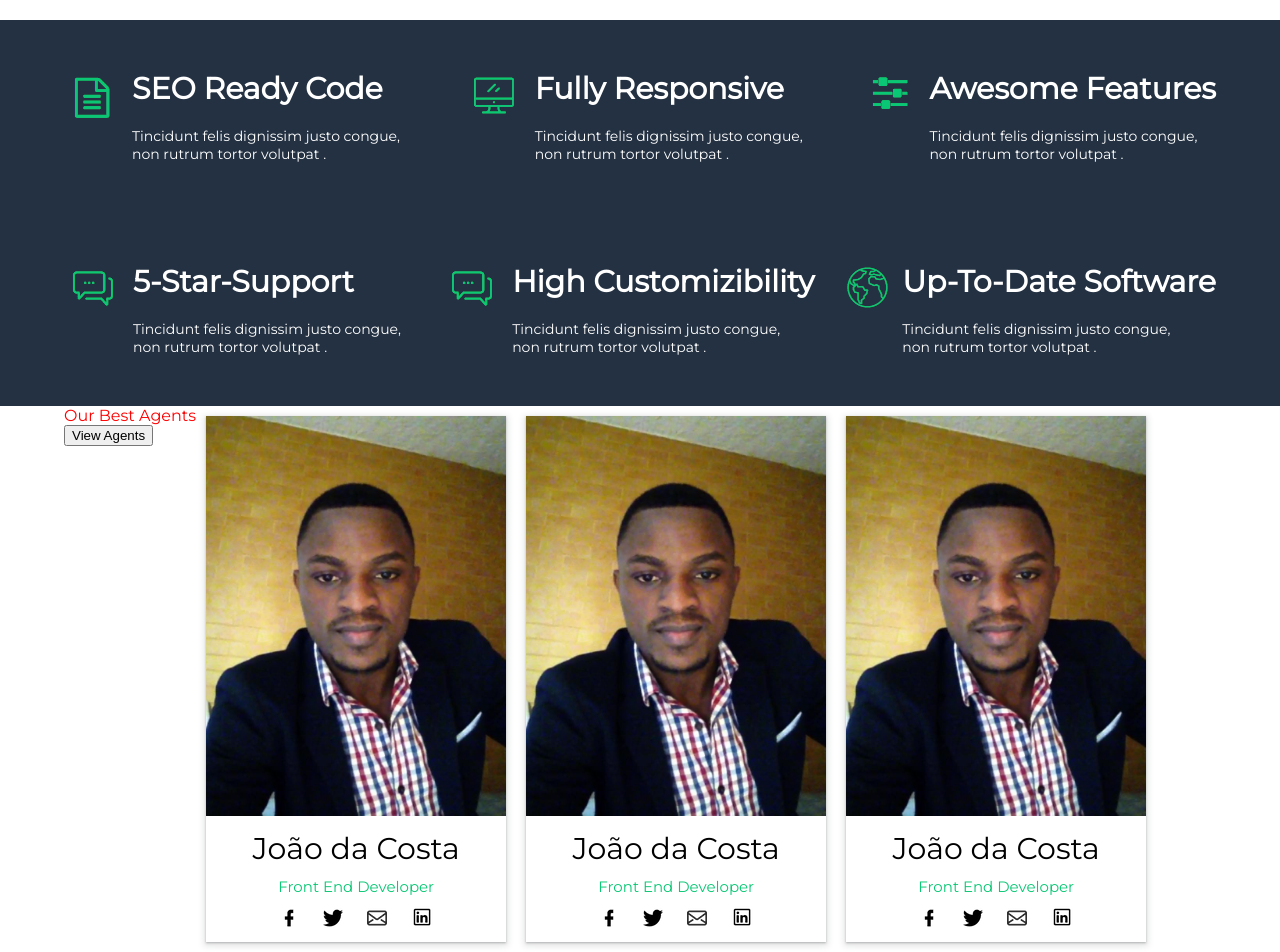
Repository: Yowani24/Real-Estate2
Page: index.html
An editor plug-in stored every save of this project. The page is shown before and after the next save, followed by the edit.
The browser window is 1280 px wide. The pictures show the part of the page from y = 1355 to 2307 px (the page is 2307 px tall before and 2262 px after).
Some web fonts or font styles are not loaded; a fallback is used.

Above is the page before, as saved 2021-08-27 15:24:18.

### index.html
<!DOCTYPE html>
<html lang="en">
<head>
    <meta charset="UTF-8">
    <meta http-equiv="X-UA-Compatible" content="IE=edge">
    <meta name="viewport" content="width=device-width, initial-scale=1.0">
    <title>Real State</title>
    <link rel="stylesheet" href="styles.css">

    <!-- ============FONT-FAMILY============== -->
    <link rel="preconnect" href="https://fonts.googleapis.com">
    <link rel="preconnect" href="https://fonts.gstatic.com" crossorigin>
    <link href="https://fonts.googleapis.com/css2?family=Montserrat&family=Rozha+One&display=swap" rel="stylesheet">

    <!-- ======================VUELS CDN=================== -->
    <script src="https://cdn.jsdelivr.net/npm/vue@2"></script>

</head>
<body>
    <Header>
        <div class="interface_wrapper header_wrapper">
            <div class="logo_box">
                <img src="/images/realLogo.png" alt="">
                <p><span>Real</span> Estate</p>
            </div>

            <div class="menu">
                <nav>
                    <ul>
                        <li><a href="#">Home</a></li>
                        <li><a href="#">About</a></li>
                        <li><a href="#">Agents</a></li>
                        <li><a href="#">Price</a></li>
                        <li><a href="#">Blog</a></li>
                    </ul>
                </nav>
            </div>
        </div>
    </Header>

    <section class="showcase_sec">
        <div class="interface_wrapper showcase">
            <p>Give Life For Your <br/>Dream <span>Home</span></p>
            <p>Always on the lookout for the hi-tech advancements.  Build not only a product that can sell well, but a platform through which to deliver it.</p>

            <div class="btns_box">
                <button>Read more</button>
                <button>Contact Us</button>
            </div>
        </div>
    </section>

    <section class="about_us_sec">
        <div class="interface_wrapper about_us">
            <p><span>About</span> Us</p>
            <p>A modern and unique style </p>

            <div id="app">
                <div v-for="item in items">
                    <img :src="item.ima" alt="">
                    <p>{{item.desc}}</p>
                </div>
            </div>
        </div>
    </section>

    <section class="services_sec">
        <div id="services" class="interface_wrapper services">
            <div class="services_box" v-for="item in items">
                <img :src="item.ima" alt="">
                <div>
                    <p>{{item.titulo}}</p>
                    <p>{{item.desc}}</p>
                </div>
            </div>
        </div>
    </section>

    <section class="best_agents_sec">
        <div class="interface_wrapper best_agents">
            <div id="bestAgents" class="bestAgents">
                <div>
                    <p>Our Best Agents</p>
                    <button>View Agents</button>
                </div>
                <div class="agents_box" v-for="item in items">
                    <div class="agents_image_box">
                        <img :src="item.ima" alt="">
                    </div>
                    <p>{{item.name}}</p>
                    <p>{{item.office}}</p>
                    <div class="agents_social">
                        <img src="/images/facebook.png" alt="">
                        <img src="/images/twitter.png" alt="">
                        <img src="/images/email.png" alt="">
                        <img src="/images/linkedin.png" alt="">
                    </div>
                </div>
            </div>
        </div>
    </section>



    <script>
        var app = new Vue({
            el: '#app',
            data: {
                items: [
                    {ima:'https://images.unsplash.com/photo-1583231684537-bd79dc887244?ixlib=rb-1.2.1&ixid=MnwxMjA3fDB8MHxwaG90by1yZWxhdGVkfDZ8fHxlbnwwfHx8fA%3D%3D&auto=format&fit=crop&w=500&q=60', desc:'Tomin Villa Denmarkd'},
                    {ima:'https://images.unsplash.com/photo-1613490493576-7fde63acd811?ixlib=rb-1.2.1&ixid=MnwxMjA3fDB8MHxwaG90by1yZWxhdGVkfDV8fHxlbnwwfHx8fA%3D%3D&auto=format&fit=crop&w=500&q=60', desc:'Financial Office Romania'},
                    {ima:'https://images.unsplash.com/photo-1416331108676-a22ccb276e35?ixlib=rb-1.2.1&ixid=MnwxMjA3fDB8MHxwaG90by1yZWxhdGVkfDJ8fHxlbnwwfHx8fA%3D%3D&auto=format&fit=crop&w=500&q=60', desc:'Cruzz Villa Spain'},
                ]
            }
        });

        var app = new Vue({
            el: '#services',
            data: {
                items: [
                    {ima:'/images/SEO_Ready_Code.png', titulo:'SEO Ready Code', desc:'Tincidunt felis dignissim justo congue, non rutrum tortor volutpat .'},
                    {ima:'/images/Fully_Responsive.png', titulo:'Fully Responsive', desc:'Tincidunt felis dignissim justo congue, non rutrum tortor volutpat .'},
                    {ima:'/images/Awesome_Features.png', titulo:'Awesome Features', desc:'Tincidunt felis dignissim justo congue, non rutrum tortor volutpat .'},
                    {ima:'/images/5-Star-Support.png', titulo:'5-Star-Support', desc:'Tincidunt felis dignissim justo congue, non rutrum tortor volutpat .'},
                    {ima:'/images/5-Star-Support.png', titulo:'High Customizibility', desc:'Tincidunt felis dignissim justo congue, non rutrum tortor volutpat .'},
                    {ima:'/images/Up-To-Date Software.png', titulo:'Up-To-Date Software', desc:'Tincidunt felis dignissim justo congue, non rutrum tortor volutpat .'},

                ]
            }
        });

        var app = new Vue({
            el: '#bestAgents',
            data: {
                items: [
                    {ima:'/images//www.jpg', name:'João da Costa', office:'Front End Developer'},
                    {ima:'/images//www.jpg', name:'João da Costa', office:'Front End Developer'},
                    {ima:'/images//www.jpg', name:'João da Costa', office:'Front End Developer'},


                ]
            }
        });

    </script>
</body>
</html>

### styles.css
*{
    margin: 0;
}

body{
    padding: 0;
    top: 0;
    left: 0;
    font-family: 'Montserrat', sans-serif;
}
.interface_wrapper{
    width: 90%;
    margin: 0 auto;
}

/* ======================HEADER======================= */
Header{
    background: rgb(23,34,47);
    color: #FFFFFF;
    padding: 10px 0;

}
.header_wrapper{
    display: flex;
    justify-content: space-between;
    align-items:center;
}
.logo_box{
    display: flex;
    align-items: center;
}
.logo_box p{
    font-size: 40px;
    font-weight: 400;
    font-family: 'Rozha One', serif;

}
.logo_box span{
    color: rgb(10, 199, 117);
}
Header .menu nav ul{
    display: flex;
    padding: 0;
}
Header .menu nav li{
    list-style: none;
    margin: 0 20px;
}
Header .menu nav a{
    text-decoration: none;
    color: #FFFFFF;
    font-size: 19px;

}

/* ======================SHOWCASE_SECTION======================= */
.showcase_sec{
    padding-top: 150px;
    padding-bottom: 100px;
    background-image: url('https://images.unsplash.com/photo-1544890603-cf0ce2d65561?ixlib=rb-1.2.1&ixid=MnwxMjA3fDB8MHxwaG90by1wYWdlfHx8fGVufDB8fHx8&auto=format&fit=crop&w=750&q=80');
    background-repeat: no-repeat;
    background-position: center;
    background-size: cover;
}
.showcase p:nth-child(1) {
    font-size: 85px;
    font-family: 'Rozha One', serif;
    width: 800px;
    border-left: 3px solid rgb(10, 199, 117);
    padding-left: 10px;
    line-height: 1;
    margin: 0 auto;
    color: #FFFFFF;

}
.showcase p:nth-child(1) span {
    color: rgb(10, 199, 117);
}

.showcase p:nth-child(2) {
    font-size: 16px;
    color: rgb(255, 255, 255);
    width: 650px;
    line-height: 2;
    margin-top: 75px;
}

.btns_box{
    margin-top: 40px;
}
.btns_box button {
    border: 2px solid rgb(10, 199, 117);
    padding: 0 45px;
    height: 55px;
    font-size: 16px;
    border-radius: 50px;
    font-weight: 500;
    color: #FFFFFF;
    line-height: 19px;
    cursor: pointer;
}

.btns_box button:nth-child(1) {
    background: rgb(10, 199, 117);
}
.showcase button:nth-child(2) {
    color:#FFFFFF;
    margin-left: 10px;
    background: none;
}


/* ======================ABOUT US======================= */
.about_us_sec{
    padding-bottom: 50px;
}
.about_us {
    display: flex;
    flex-direction: column;
}
.about_us p:nth-child(1) {
    font-size: 40px;
    border-left: 3px solid rgb(10, 199, 117);
    padding-left: 10px;
    margin: 0 auto;
    margin-top: 100px;
    margin-bottom: 10px;

}
.about_us p:nth-child(1) span {
    color: rgb(10, 199, 117);
}

.about_us p:nth-child(2) {
    font-size: 22px;
    font-style: italic;
    text-align: center;
    margin-bottom: 100px;
}

#app{
    display: flex;
    align-items: center;
    justify-content: space-between;
    width: 100%;
}
#app img{
    width: 200px;
    height: 200px;
    border-radius:100%;
}
#app p{
    text-align: center;
    font-size: 25px;
    width: 200px;
    margin: 0 auto;
    margin-top: 20px;
    font-style: normal;
}


/* ======================SERVICES======================= */

.services_sec{
    background: rgb(35, 49, 66);
    color: rgb(255, 255, 255);
}
.services{
    display: flex;
    flex-wrap: wrap;
    justify-content: space-between;
}
.services_box{
    display: flex;
    margin: 50px 0;
    align-items: flex-start;
}
.services_box img{
    margin-right: 10px;
}
.services_box p:nth-child(1){
    font-size: 30px;
    font-weight: bold;
}
.services_box p:nth-child(2){
    font-size: 14px;
    width: 280px;
    margin-top: 20px;
}



/* ======================OUR BEST AGENTS======================= */
.bestAgents{
    display: flex;
}
.bestAgents p:nth-child(1){
    color:red;
}

.agents_box{
    width: 300px;
    box-shadow: rgba(60, 64, 67, 0.3) 0px 1px 2px 0px,
    rgba(60, 64, 67, 0.15) 0px 2px 6px 2px;
    margin: 10px;
    text-align: center;
}
.agents_box p:nth-child(2){
    font-size: 30px;
    font-weight: 500;
    margin: 10px 0;
}
.agents_box p:nth-child(3){
    font-size: 15px;
    font-weight: 500;
    color: rgb(10, 199, 117);
}
.agents_image_box{
    width: 100%;
}
.agents_image_box img{
    width: 100%;
}
.agents_social{
    text-align: center;
    padding: 10px 0;
}
.agents_social img{
    margin: 0 10px;
}

After the next save:
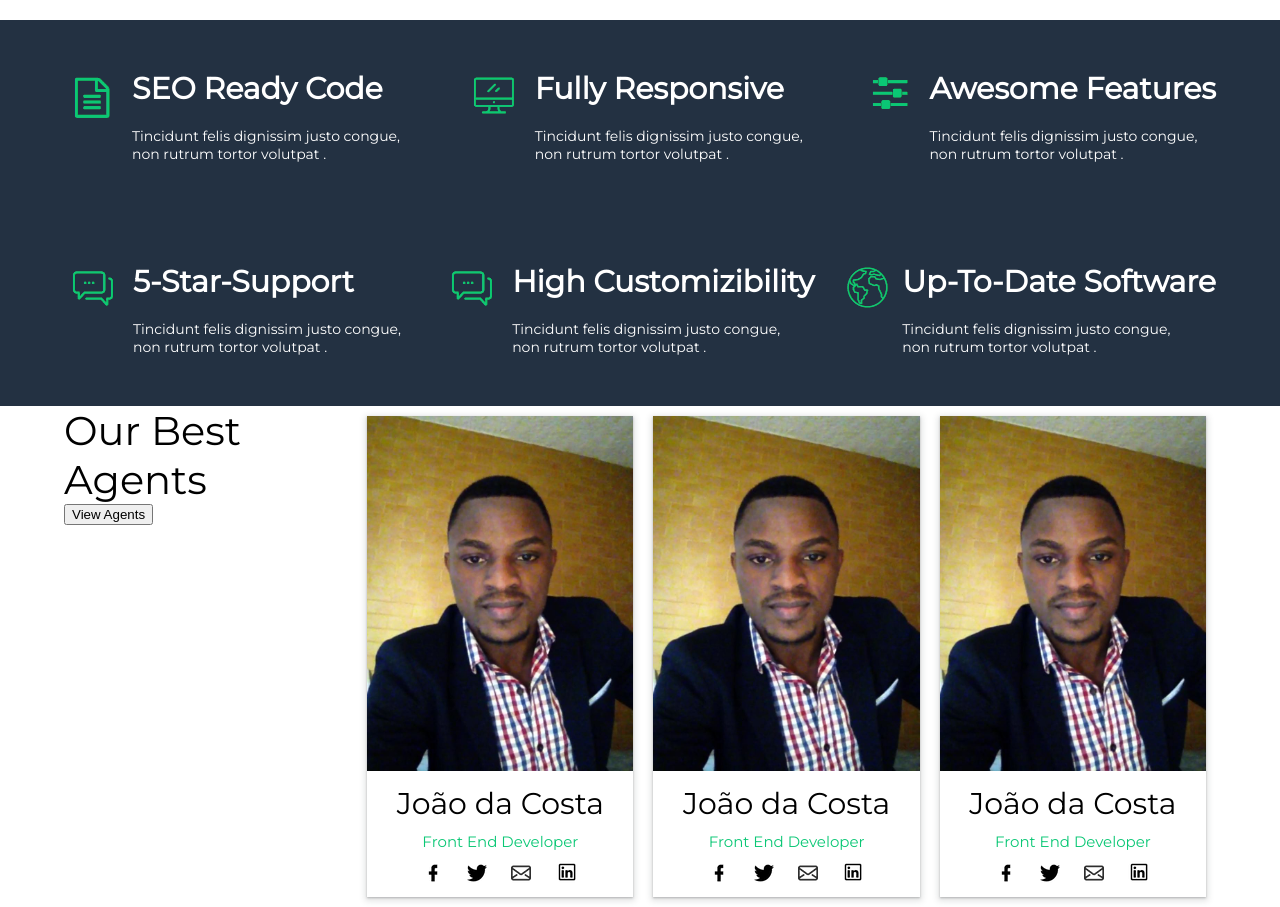
Saved 54 s later.
--- a/styles.css
+++ b/styles.css
@@ -195,7 +195,7 @@ Header .menu nav a{
     display: flex;
 }
 .bestAgents p:nth-child(1){
-    color:red;
+    font-size: 40px;
 }
 
 .agents_box{
